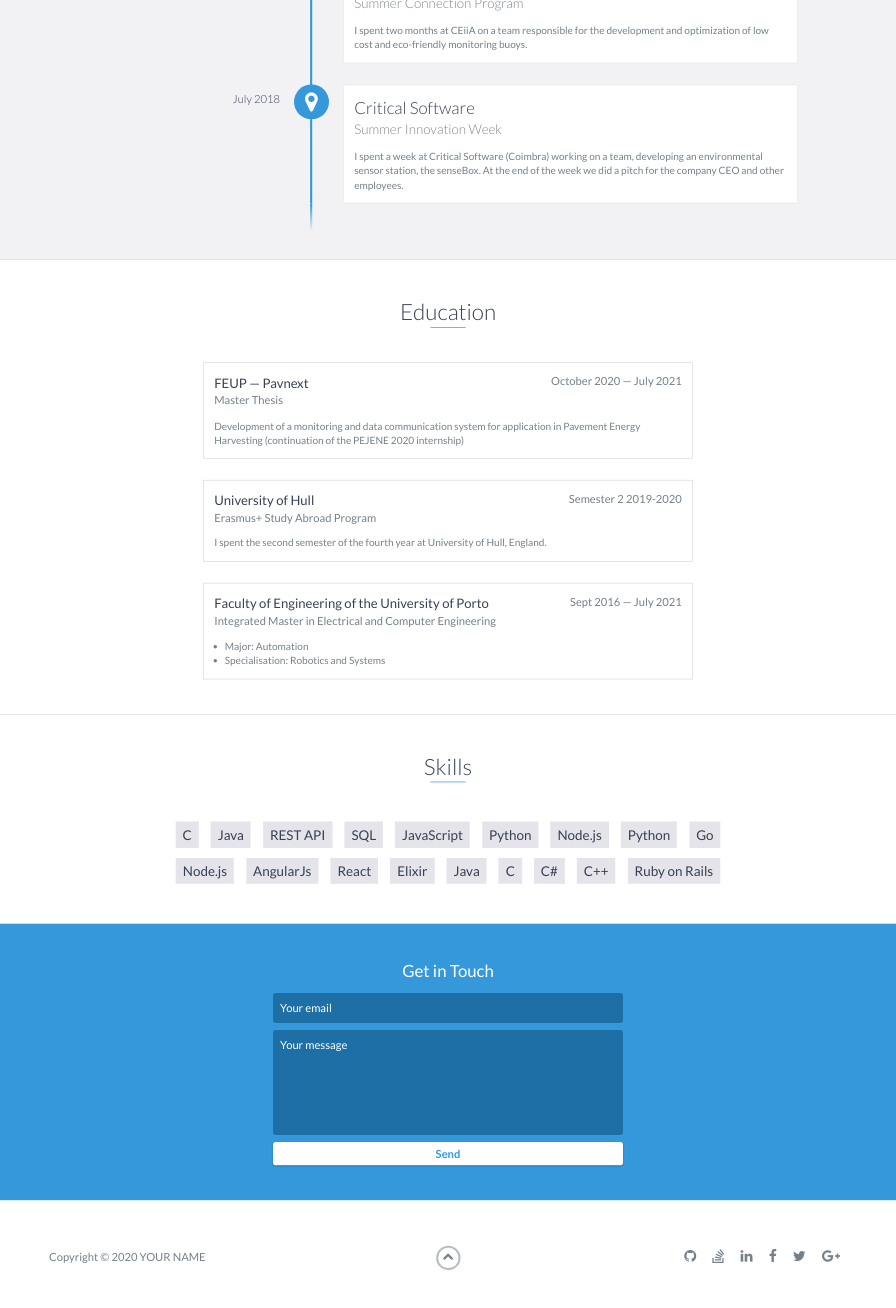
Repository: josegneto/josegneto.github.io
Page: index.html
The author's editor kept a copy of each file at every save. The page is drawn from the files as they stood at one save, then again after the next save.
The browser window is 1280 px wide. The pictures show the part of the page from y = 1431 to 3351 px (the page is 3300 px tall before and 3351 px after), at 70% of full size.

Above is the page before, as saved 2021-11-30 11:39:52.

### index.html
<!DOCTYPE html>
<html class="no-js" lang="en">

<head>
    <meta charset="utf-8">
    <meta http-equiv="X-UA-Compatible" content="IE=edge">
    <meta name="viewport" content="width=device-width, initial-scale=1">
    <title>My Portfolio</title>
    <link rel="shortcut icon" href="favicon.ico" type="image/x-icon">
    <link rel="icon" href="favicon.ico" type="image/x-icon">
    <link href="https://fonts.googleapis.com/css?family=Lato:300,400,700,900" rel="stylesheet">
    <link rel="stylesheet" href="libs/font-awesome/css/font-awesome.min.css">
    <link href="css/bootstrap.min.css" rel="stylesheet">
    <link href="css/styles.css" rel="stylesheet">
</head>

<body>
    <div id="mobile-menu-open" class="shadow-large">
        <i class="fa fa-bars" aria-hidden="true"></i>
    </div>
    <!-- End #mobile-menu-toggle -->
    <header>
        <div id="mobile-menu-close">
            <span>Close</span> <i class="fa fa-times" aria-hidden="true"></i>
        </div>
        <ul id="menu" class="shadow">
            <li>
                <a href="#about">About</a>
            </li>
            <li>
                <a href="#experience">Experience</a>
            </li>
            <li>
                <a href="#education">Education</a>
            </li>
            <li>
                <a href="#projects">Projects</a>
            </li>
            <li>
                <a href="#skills">Skills</a>
            </li>
            <li>
                <a href="#contact">Contact</a>
            </li>
        </ul>
    </header>
    <!-- End header -->

    <div id="lead">
        <div id="lead-content">
            <h1>José Neto</h1>
            <h2>Electrical Engineer</h2>
            <a href="extra/CV_JoseNeto.pdf" class="btn-rounded-white" target="_blank">Download Resume</a>
        </div>
        <!-- End #lead-content -->

        <div id="lead-overlay"></div>

        <div id="lead-down">
            <span>
                <i class="fa fa-chevron-down" aria-hidden="true"></i>
            </span>
        </div>
        <!-- End #lead-down -->
    </div>
    <!-- End #lead -->

    <div id="about">
        <div class="container">
            <div class="row">
                <div class="col-md-4">
                    <h2 class="heading">About Me</h2>
                </div>
                <div class="col-md-8">
                    <h2>Areas of interest</h2>
                    <ul>
                        <li>Robotics</li>
                        <li>Embedded Systems</li>
                        <li>Internet of Things</li>
                        <li>Intelligent Transport Systems</li>
                    </ul>
                </div>
            </div>
        </div>
    </div>
    <!-- End #about -->

    <div id="experience" class="background-alt">
        <h2 class="heading">Experience</h2>
        <div id="experience-timeline">
            <div data-date="July &mdash; September 2020">
                <h3>Pavnext</h3>
                <h4>PEJENE 2020</h4>
                <p>
                    I was part of a team developing a smart-city structure capable of acquiring data from a
                    multi-slave->master system, which will be then presented on a Web interface. </p>
            </div>

            <div data-date="July &mdash; August 2019">
                <h3>CEiiA</h3>
                <h4>Summer Connection Program</h4>
                <p>
                    I spent two months at CEiiA on a team responsible for the development and optimization of low cost
                    and eco-friendly monitoring buoys. </p>
            </div>

            <div data-date="July 2018">
                <h3>Critical Software</h3>
                <h4>Summer Innovation Week</h4>
                <p>
                    I spent a week at Critical Software (Coimbra) working on a team, developing an environmental sensor
                    station, the senseBox. At the end of the week we did a pitch for the company CEO and other
                    employees. </p>
            </div>
        </div>
    </div>
    <!-- End #experience -->

    <div id="education">
        <h2 class="heading">Education</h2>
        <div class="education-block">
            <h3>FEUP &mdash; Pavnext</h3>
            <span class="education-date">October 2020 &mdash; July 2021</span>
            <h4>Master Thesis</h4>
            <p>
                Development of a monitoring and data communication system for application in Pavement Energy Harvesting
                (continuation of the PEJENE 2020 internship)
            </p>
        </div>
        <div class="education-block">
            <h3>University of Hull</h3>
            <span class="education-date">Semester 2 2019-2020</span>
            <h4>Erasmus+ Study Abroad Program</h4>
            <p>
                I spent the second semester of the fourth year at University of Hull,
                England.
            </p>
        </div>
        <div class="education-block">
            <h3>Faculty of Engineering of the University of Porto</h3>
            <span class="education-date">Sept 2016 &mdash; July 2021</span>
            <h4>Integrated Master in Electrical and Computer Engineering</h4>
            <ul>
                <li>
                    Major: Automation
                </li>
                <li>
                    Specialisation: Robotics and Systems
                </li>
            </ul>
        </div>
        <!-- End .education-block -->
    </div>
    <!-- End #education -->

<!--     <div id="projects" class="background-alt">
        <h2 class="heading">Projects</h2>
        <div class="container">
            <div class="row">
                <div class="project shadow-large">
                    <div class="project-image">
                        <img src="images/project.jpg" />
                    </div>
                     End .project-image
                    <div class="project-info">
                        <h3>Project Name Here</h3>
                        <p>
                            Lorem ipsum dolor sit amet, consectetur adipiscing elit. Curabitur in iaculis ex. Etiam
                            volutpat laoreet urna. Morbi ut tortor nec nulla commodo malesuada sit amet vel lacus. Fusce
                            eget efficitur libero. Morbi dapibus porta quam laoreet placerat.
                        </p>
                        <a href="#">View Project</a>
                    </div>
                     End .project-info
                </div>
                 End .project

                <div class="project shadow-large">
                    <div class="project-image">
                        <img src="images/project.jpg" />
                    </div>
                     End .project-image
                    <div class="project-info">
                        <h3>Project Name Here</h3>
                        <p>
                            Lorem ipsum dolor sit amet, consectetur adipiscing elit. Curabitur in iaculis ex. Etiam
                            volutpat laoreet urna. Morbi ut tortor nec nulla commodo malesuada sit amet vel lacus. Fusce
                            eget efficitur libero. Morbi dapibus porta quam laoreet placerat.
                        </p>
                        <a href="#">View Project</a>
                    </div>
                    End .project-info
                </div>
                 End .project
            </div>
        </div>
    </div> -->
    <!-- End #projects -->

    <div id="skills">
        <h2 class="heading">Skills</h2>
        <ul>
            <li>C</li>
            <li>Java</li>
            <li>REST API</li>
            <li>SQL</li>

            <li>JavaScript</li>
            <li>Python</li>
            <li>Node.js</li>

            <li>Python</li>
            <li>Go</li>
            <li>Node.js</li>
            <li>AngularJs</li>
            <li>React</li>
            <li>Elixir</li>
            <li>Java</li>
            <li>C</li>
            <li>C#</li>
            <li>C++</li>
            <li>Ruby on Rails</li>
        </ul>
    </div>
    <!-- End #skills -->

    <div id="contact">
        <h2>Get in Touch</h2>
        <div id="contact-form">
            <form method="POST" action="https://formspree.io/email@email.com">
                <input type="hidden" name="_subject" value="Contact request from personal website" />
                <input type="email" name="_replyto" placeholder="Your email" required>
                <textarea name="message" placeholder="Your message" required></textarea>
                <button type="submit">Send</button>
            </form>
        </div>
        <!-- End #contact-form -->
    </div>
    <!-- End #contact -->

    <footer>
        <div class="container">
            <div class="row">
                <div class="col-sm-5 copyright">
                    <p>
                        Copyright &copy; 2020 YOUR NAME
                    </p>
                </div>
                <div class="col-sm-2 top">
                    <span id="to-top">
                        <i class="fa fa-chevron-up" aria-hidden="true"></i>
                    </span>
                </div>
                <div class="col-sm-5 social">
                    <ul>
                        <li>
                            <a href="https://github.com/" target="_blank"><i class="fa fa-github"
                                    aria-hidden="true"></i></a>
                        </li>
                        <li>
                            <a href="https://stackoverflow.com/" target="_blank"><i class="fa fa-stack-overflow"
                                    aria-hidden="true"></i></a>
                        </li>
                        <li>
                            <a href="https://linkedin.com/" target="_blank"><i class="fa fa-linkedin"
                                    aria-hidden="true"></i></a>
                        </li>
                        <li>
                            <a href="https://www.facebook.com/" target="_blank"><i class="fa fa-facebook"
                                    aria-hidden="true"></i></a>
                        </li>
                        <li>
                            <a href="https://twitter.com/" target="_blank"><i class="fa fa-twitter"
                                    aria-hidden="true"></i></a>
                        </li>
                        <li>
                            <a href="https://plus.google.com/" target="_blank"><i class="fa fa-google-plus"
                                    aria-hidden="true"></i></a>
                        </li>
                    </ul>
                </div>
            </div>
        </div>
    </footer>
    <!-- End footer -->

    <script src="https://ajax.googleapis.com/ajax/libs/jquery/1.12.4/jquery.min.js"></script>
    <script src="js/scripts.min.js"></script>
</body>

</html>

### css/styles.css
/*!
Title: Dev Portfolio Template
Version: 1.2.2
Last Change: 03/25/2020
Author: Ryan Fitzgerald
Repo: https://github.com/RyanFitzgerald/devportfolio-template
Issues: https://github.com/RyanFitzgerald/devportfolio-template/issues

Description: This file contains all the styles associated with the page
that don't come from third party libraries. This file gets compiled using
Gulp and send to the /css folder which is then loaded on the page.
*/
body {
	font-family: 'Lato', sans-serif;
	font-size: 16px
}

body.active {
	overflow: hidden;
	z-index: -1
}

.no-js #experience-timeline>div {
	background: #fff;
	padding: 10px;
	margin-bottom: 10px;
	border: 1px solid #dcd9d9
}

.no-js #experience-timeline>div h3 {
	font-size: 1.5em;
	font-weight: 300;
	color: #374054;
	display: inline-block;
	margin: 0
}

.no-js #experience-timeline>div h4 {
	font-size: 1.2em;
	font-weight: 300;
	color: #7e8890;
	margin: 0 0 15px 0
}

.no-js #experience-timeline>div p {
	color: #74808a;
	font-size: 0.9em;
	margin: 0
}

.no-js #experience-timeline:before,
.no-js #experience-timeline:after {
	content: none
}

@keyframes dropHeader {
	0% {
		transform: translateY(-100%)
	}
	100% {
		transform: translateY(0)
	}
}

header {
	position: absolute;
	top: 0;
	left: 0;
	right: 0;
	text-align: center;
	z-index: 10;
	animation-name: dropHeader;
	animation-iteration-count: 1;
	animation-timing-function: ease;
	animation-duration: 0.75s
}

header ul {
	display: inline-block;
	background: #fff;
	text-align: center;
	padding: 10px;
	margin: 0;
	border-bottom-right-radius: 4px;
	border-bottom-left-radius: 4px
}

header li {
	display: inline-block
}

header a {
	display: block;
	color: #3498db;
	padding: 10px
}

header a:hover {
	color: #217dbb;
	text-decoration: none;
	background: #eee;
	border-radius: 4px
}

header a:focus {
	color: #3498db;
	text-decoration: none
}

header.active {
	display: block
}

header.sticky {
	position: fixed;
	z-index: 999
}

#menu.active {
	display: block
}

#mobile-menu-open {
	display: none;
	cursor: pointer;
	position: fixed;
	right: 15px;
	top: 10px;
	color: #3498db;
	font-size: 1.5em;
	z-index: 20;
	padding: 0 7px;
	border-radius: 4px;
	background: #fff
}

#mobile-menu-close {
	display: none;
	text-align: right;
	width: 100%;
	background: #fff;
	font-size: 1.5em;
	padding-right: 15px;
	padding-top: 10px;
	cursor: pointer;
	color: #3498db
}

#mobile-menu-close span {
	font-size: 0.5em;
	text-transform: uppercase
}

#mobile-menu-close i {
	vertical-align: middle
}

footer {
	padding: 50px 0
}

.copyright {
	padding-top: 20px
}

.copyright p {
	margin: 0;
	color: #74808a
}

.top {
	text-align: center
}

.top span {
	cursor: pointer;
	display: block;
	margin: 15px auto 0 auto;
	width: 35px;
	height: 35px;
	border-radius: 50%;
	border: 3px solid #b9bfc4;
	text-align: center
}

.top i {
	color: #74808a
}

.social {
	text-align: right
}

.social ul {
	margin: 5px 0 0 0;
	padding: 0
}

.social li {
	display: inline-block;
	font-size: 1.25em;
	list-style: none
}

.social a {
	display: block;
	color: #74808a;
	padding: 10px
}

.social a:hover {
	color: #3498db
}

.btn-rounded-white {
	display: inline-block;
	color: #fff;
	padding: 15px 25px;
	border: 3px solid #fff;
	border-radius: 30px;
	transition: .5s ease all
}

.btn-rounded-white:hover {
	color: #3498db;
	background: #fff;
	text-decoration: none
}

.shadow {
	box-shadow: 0 1px 3px rgba(0, 0, 0, 0.12), 0 1px 2px rgba(0, 0, 0, 0.24)
}

.shadow-large {
	box-shadow: 0 3px 6px rgba(0, 0, 0, 0.08), 0 3px 6px rgba(0, 0, 0, 0.15)
}

.heading {
	position: relative;
	display: inline-block;
	font-size: 2em;
	font-weight: 300;
	margin: 0 0 30px 0
}

.heading:after {
	position: absolute;
	content: '';
	top: 100%;
	height: 1px;
	width: 50px;
	left: 0;
	right: 0;
	margin: 0 auto;
	background: #3498db
}

.background-alt {
	background: #f2f2f5
}

#lead {
	position: relative;
	height: 100vh;
	min-height: 500px;
	max-height: 1080px;
	background: url(../images/lead-bg.jpg);
	background-size: cover;
	padding: 15px;
	overflow: hidden
}

#lead-content {
	position: absolute;
	z-index: 10;
	top: 50%;
	left: 50%;
	transform: translate(-50%, -50%);
	text-align: center
}

#lead-content h1,
#lead-content h2 {
	margin: 0
}

#lead-content h1 {
	color: #fff;
	font-weight: 900;
	font-size: 5em;
	text-transform: uppercase;
	letter-spacing: 0.05em;
	line-height: 0.9em
}

#lead-content h2 {
	color: #a0cfee;
	font-weight: 500;
	font-size: 2.25em;
	margin-bottom: 15px
}

#lead-overlay {
	position: absolute;
	height: 100%;
	width: 100%;
	top: 0;
	right: 0;
	bottom: 0;
	left: 0;
	background: rgba(33, 125, 187, 0.8);
	z-index: 1
}

#lead-down {
	position: absolute;
	left: 0;
	right: 0;
	width: 100%;
	text-align: center;
	z-index: 10;
	bottom: 15px;
	color: #fff
}

#lead-down span {
	cursor: pointer;
	display: block;
	margin: 0 auto;
	width: 35px;
	height: 35px;
	border-radius: 50%;
	border: 3px solid #a0cfee;
	text-align: center
}

#lead-down i {
	animation: pulsate 1.5s ease;
	animation-iteration-count: infinite;
	padding-top: 5px
}

@keyframes pulsate {
	0% {
		transform: scale(1, 1)
	}
	50% {
		transform: scale(1.2, 1.2)
	}
	100% {
		transform: scale(1, 1)
	}
}

#about {
	padding: 75px 15px;
	border-bottom: 1px solid #dcd9d9
}

#about h2 {
	color: #374054
}

#about p, #about ul, #about li {
	color: #74808a;
	margin: 0
}

#experience {
	padding: 50px 15px;
	text-align: center;
	border-bottom: 1px solid #dcd9d9
}

#experience h2 {
	color: #374054
}

#experience-timeline {
	margin: 30px auto 0 auto;
	position: relative;
	max-width: 1000px
}

#experience-timeline:before {
	position: absolute;
	content: '';
	top: 0;
	bottom: 0;
	left: 303px;
	right: auto;
	height: 100%;
	width: 3px;
	background: #3498db;
	z-index: 0
}

#experience-timeline:after {
	position: absolute;
	content: '';
	width: 3px;
	height: 40px;
	background: #3498db;
	background: linear-gradient(to bottom, #3498db, rgba(52, 152, 219, 0));
	top: 100%;
	left: 303px
}

.vtimeline-content {
	margin-left: 350px;
	background: #fff;
	border: 1px solid #e6e6e6;
	padding: 15px;
	border-radius: 3px;
	text-align: left
}

.vtimeline-content h3 {
	font-size: 1.5em;
	font-weight: 300;
	color: #374054;
	display: inline-block;
	margin: 0
}

.vtimeline-content h4 {
	font-size: 1.2em;
	font-weight: 300;
	color: #7e8890;
	margin: 0 0 15px 0
}

.vtimeline-content p {
	color: #74808a;
	font-size: 0.9em;
	margin: 0
}

.vtimeline-point {
	position: relative;
	display: block;
	vertical-align: top;
	margin-bottom: 30px
}

.vtimeline-icon {
	position: relative;
	color: #fff;
	width: 50px;
	height: 50px;
	background: #3498db;
	border-radius: 50%;
	float: left;
	z-index: 99;
	margin-left: 280px
}

.vtimeline-icon i {
	display: block;
	font-size: 2em;
	margin-top: 10px
}

.vtimeline-date {
	width: 260px;
	text-align: right;
	position: absolute;
	left: 0;
	top: 10px;
	font-weight: 300;
	color: #374054
}

#education {
	padding: 50px 15px 20px 15px;
	border-bottom: 1px solid #dcd9d9;
	text-align: center
}

#education h2 {
	color: #374054;
	margin-bottom: 50px
}

.education-block {
	max-width: 700px;
	margin: 0 auto 30px auto;
	padding: 15px;
	border: 1px solid #dcd9d9;
	text-align: left
}

.education-block h3 {
	font-weight: 500;
	float: left;
	margin: 0;
	color: #374054
}

.education-block span {
	color: #74808a;
	float: right
}

.education-block h4 {
	color: #74808a;
	clear: both;
	font-weight: 500;
	margin: 0 0 15px 0
}

.education-block p,
.education-block ul {
	margin: 0;
	color: #74808a;
	font-size: 0.9em
}

.education-block ul {
	padding: 0 0 0 15px
}

#projects {
	padding: 50px 15px;
	border-bottom: 1px solid #dcd9d9;
	text-align: center
}

#projects h2 {
	color: #374054;
	margin-bottom: 50px
}

.project {
	position: relative;
	max-width: 900px;
	margin: 0 auto 30px auto;
	overflow: hidden;
	background: #fff;
	border-radius: 4px
}

.project-image {
	float: left
}

.project-info {
	position: absolute;
	top: 50%;
	transform: translateY(-50%);
	margin-left: 300px;
	padding: 15px
}

.project-info h3 {
	font-size: 1.5em;
	font-weight: 300;
	color: #374054;
	margin: 0 0 15px 0
}

.project-info p {
	color: #74808a;
	margin: 0 0 15px 0;
	font-size: 0.9em
}

.no-image .project-info {
	position: relative;
	margin: 0;
	padding: 30px 15px;
	transform: none
}

#more-projects {
	display: none
}

#skills {
	padding: 50px 15px;
	text-align: center
}

#skills h2 {
	color: #374054;
	margin-bottom: 50px
}

#skills ul {
	display: block;
	margin: 0 auto;
	padding: 0;
	max-width: 800px
}

#skills li {
	display: inline-block;
	margin: 7px;
	padding: 5px 10px;
	color: #374054;
	background: #e4e4ea;
	list-style: none;
	cursor: default;
	font-size: 1.2em
}

#contact {
	padding: 50px 15px;
	background: #3498db;
	text-align: center
}

#contact h2 {
	margin: 0 0 15px 0;
	color: #fff;
	font-weight: 500
}

#contact-form {
	max-width: 500px;
	margin: 0 auto
}

#contact-form input,
#contact-form textarea {
	display: block;
	width: 100%;
	padding: 10px;
	border-radius: 4px;
	border: none;
	margin-bottom: 10px;
	background: #1d6fa5;
	color: #fff;
	transition: .5s ease all
}

#contact-form input::-webkit-input-placeholder,
#contact-form textarea::-webkit-input-placeholder {
	color: #fff
}

#contact-form input:-moz-placeholder,
#contact-form textarea:-moz-placeholder {
	color: #fff;
	opacity: 1
}

#contact-form input::-moz-placeholder,
#contact-form textarea::-moz-placeholder {
	color: #fff;
	opacity: 1
}

#contact-form input:-ms-input-placeholder,
#contact-form textarea:-ms-input-placeholder {
	color: #fff
}

#contact-form input:focus,
#contact-form textarea:focus {
	outline: none;
	background: #16527a
}

#contact-form textarea {
	height: 150px;
	resize: none
}

#contact-form button {
	display: block;
	width: 100%;
	background: #fff;
	border-radius: 4px;
	padding: 5px 10px;
	border: none;
	color: #3498db;
	font-weight: 700;
	box-shadow: 0 1px 3px rgba(0, 0, 0, 0.12), 0 1px 2px rgba(0, 0, 0, 0.24);
	transition: .5s ease all
}

#contact-form button:hover {
	box-shadow: 0 10px 20px rgba(0, 0, 0, 0.19), 0 6px 6px rgba(0, 0, 0, 0.23)
}

.optional-section {
	padding: 50px 15px;
	text-align: center;
	border-top: 1px solid #dcd9d9
}

.optional-section h2 {
	color: #374054
}

.optional-section-block {
	max-width: 700px;
	margin: 0 auto 30px auto;
	padding: 15px;
	border: 1px solid #dcd9d9;
	background: #fff;
	text-align: left
}

.optional-section-block h3 {
	font-weight: 500;
	margin: 0 0 15px 0;
	color: #374054
}

.optional-section-block h4 {
	color: #74808a;
	clear: both;
	font-weight: 500;
	margin: 0 0 15px 0
}

.optional-section-block p,
.optional-section-block ul {
	margin: 0 0 15px 0;
	color: #74808a;
	font-size: 0.9em
}

.optional-section-block ul {
	padding: 0 0 0 15px
}

@media only screen and (max-width: 750px) {
	#experience-timeline:before,
	#experience-timeline:after {
		left: 23px
	}
	.vtimeline-date {
		width: auto;
		text-align: left;
		position: relative;
		margin-bottom: 15px;
		display: block;
		margin-left: 70px
	}
	.vtimeline-icon {
		margin-left: 0
	}
	.vtimeline-content {
		margin-left: 70px
	}
}

@media only screen and (max-width: 992px) {
	#lead {
		height: auto;
		min-height: auto;
		max-height: auto;
		padding: 100px 15px
	}
	#lead-content {
		position: relative;
		transform: none;
		left: auto;
		top: auto
	}
	#lead-content h1 {
		font-size: 3em
	}
	#lead-content h2 {
		font-size: 1.75em
	}
	#about {
		text-align: center
	}
	#about p {
		text-align: left
	}
}

@media only screen and (max-width: 768px) {
	header {
		position: fixed;
		display: none;
		z-index: 999;
		animation: none;
		bottom: 0;
		height: 100%
	}
	#mobile-menu-open,
	#mobile-menu-close {
		display: block
	}
	#menu {
		height: 100%;
		overflow-y: auto;
		box-shadow: none;
		border-radius: 0;
		width: 100%
	}
	#menu li {
		display: block;
		margin-bottom: 10px
	}
	#lead-content h1 {
		font-size: 2em
	}
	#lead-content h2 {
		font-size: 1.3em
	}
	#lead-content a {
		padding: 10px 20px
	}
	#lead-down {
		display: none
	}
	.education-block h3,
	.education-block span {
		float: none
	}
	.project-image {
		display: none
	}
	.project-info {
		position: relative;
		margin: 0;
		padding: 30px 15px;
		top: auto;
		transform: none
	}
	footer {
		text-align: center
	}
	.social {
		text-align: center
	}
}

@media only screen and (max-width: 480px) {
	#lead-content h1 {
		font-size: 1.5em
	}
	#lead-content h2 {
		font-size: 1em
	}
	#lead-content a {
		font-size: 0.9em;
		padding: 5px 10px
	}
}

Loaded but not shown: libs/font-awesome/css/font-awesome.min.css (library); css/bootstrap.min.css (library); js/scripts.min.js (common file)

After the next save:
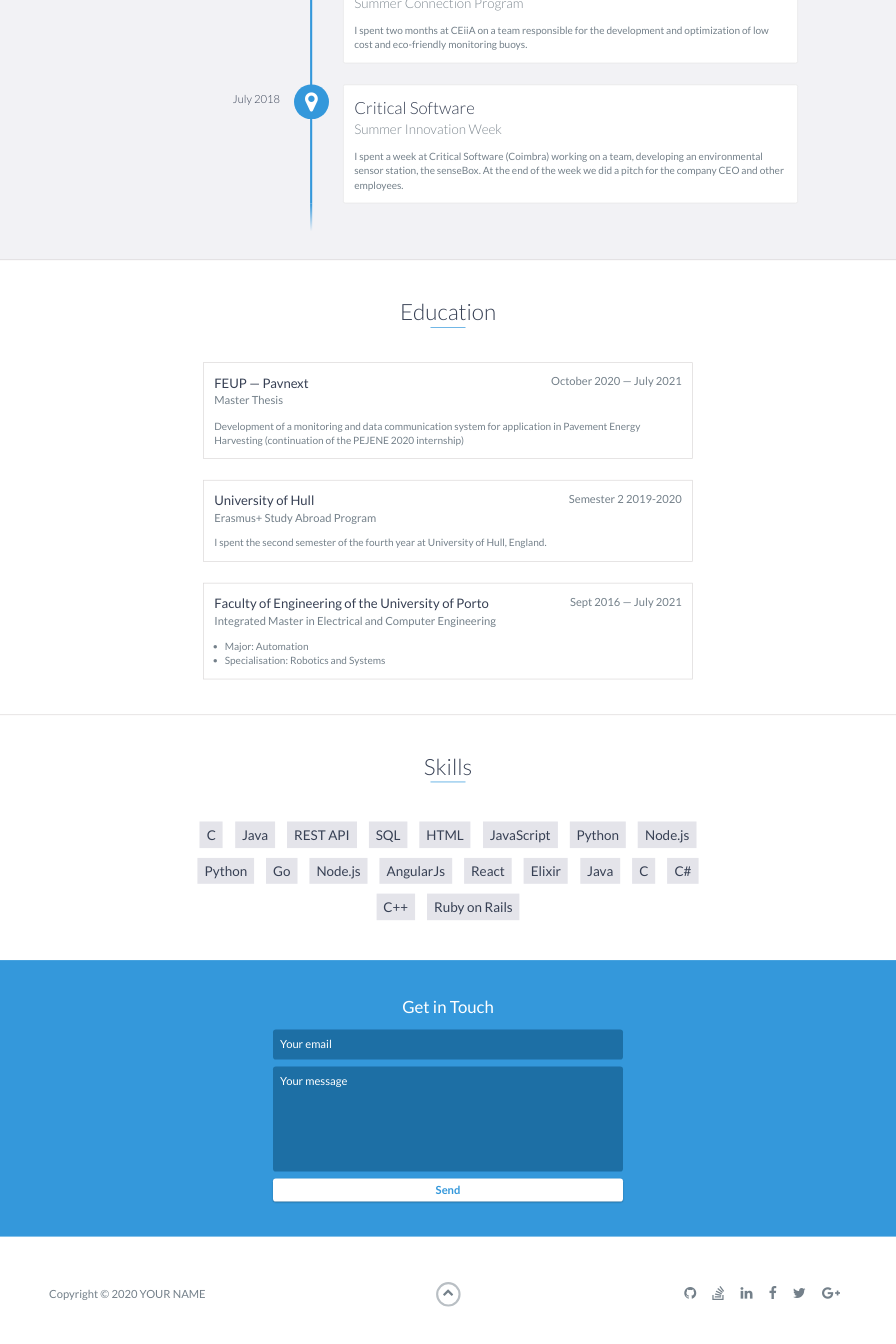
Saved 7 s later.
--- a/index.html
+++ b/index.html
@@ -204,6 +204,7 @@
             <li>Java</li>
             <li>REST API</li>
             <li>SQL</li>
+            <li>HTML</li>
 
             <li>JavaScript</li>
             <li>Python</li>
